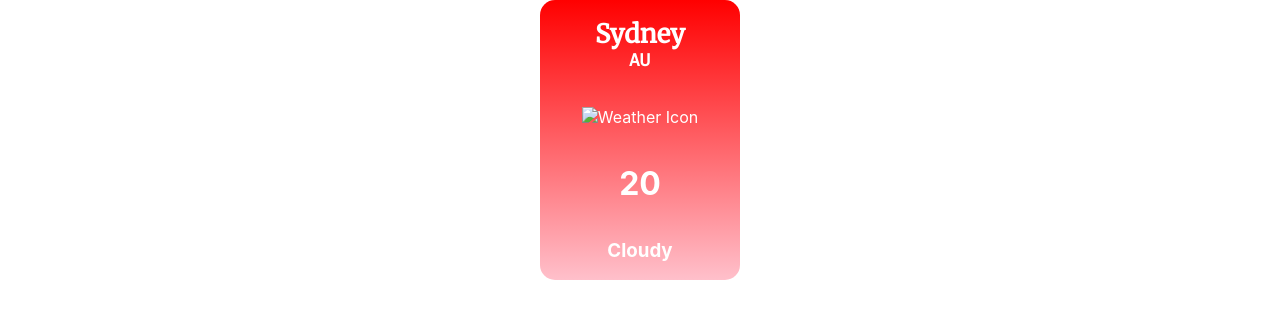
Repository: sayrilamar/chumsweatherapp
Page: /
The author's editor kept a copy of each file at every save. The page is drawn from the files as they stood at one save, then again after the next save.
The browser window is 1280 px wide. The pictures show the whole page.
The project was rebuilt for these pictures with package versions that can differ from the ones it lists, and the page was loaded fresh each time.

Above is the page before, as saved 2020-04-16 20:04:22.

### src/index.css
* {
  margin: 0;
  padding: 0;
  font-family: -apple-system, BlinkMacSystemFont, 'Segoe UI', 'Roboto', 'Oxygen',
    'Ubuntu', 'Cantarell', 'Fira Sans', 'Droid Sans', 'Helvetica Neue',
    sans-serif;
  -webkit-font-smoothing: antialiased;
  -moz-osx-font-smoothing: grayscale;
}

### src/App.js
import React from "react";
import "./App.css";
import WeatherCard from "./weathercard.js";

function App() {
  return (
    <div className="App">
      <WeatherCard/>
    </div>
  );
}

export default App;

### src/App.css
@import url('https://fonts.googleapis.com/css?family=Merriweather|Fira+Sans&display=swap');


.App {
  margin: 0 auto;
  color: white;
}

.location {
  text-align: center;
}

.card {
  margin: 0 auto;
  background: linear-gradient(to bottom, red, pink);
  width: 200px;
  height: 280px;
  display: flex;
  flex-direction: column;
  justify-content: space-around;
  align-items: center;
  border-radius: 15px;
}

.city {
  font-family: 'Merriweather', sans-serif;
  font-size: 1.6rem;
}

.country {
  font-family: 'Fira Sans', sans-serif;
  font-size: 1.1rem;
}

### src/weathercard.js
import React from "react";

const WeatherCard = props => {
    return (
        <div className="card">
            <div className="location">
                <h1 className="city">Sydney</h1>
                <h3 className="country">AU</h3>
            </div>
            <img className="icon" src="" alt="Weather Icon"/>
            <h1 className="temp">20</h1>
            <h3 className="condition">Cloudy</h3>
        </div>
    );
};

export default WeatherCard;

Loaded but not shown: public/index.html (common file); src/index.js (common file); src/serviceWorker.js (common file)

After the next save:
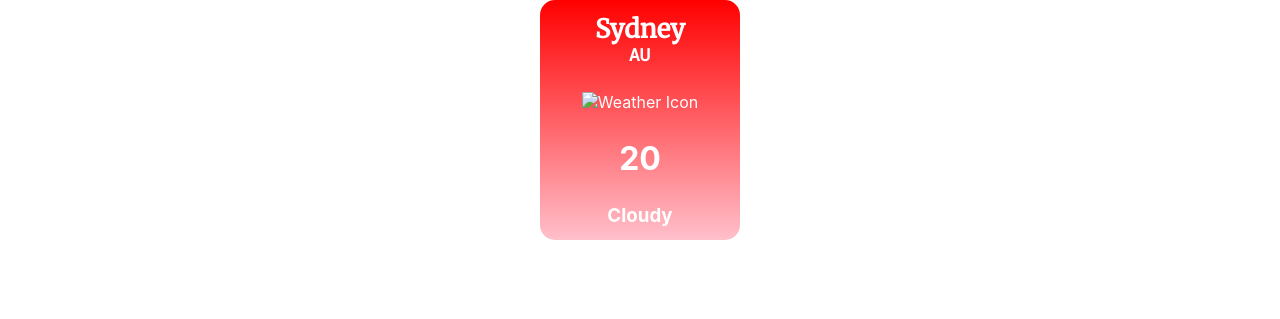
Saved 8 s later.
--- a/src/App.css
+++ b/src/App.css
@@ -14,7 +14,7 @@
   margin: 0 auto;
   background: linear-gradient(to bottom, red, pink);
   width: 200px;
-  height: 280px;
+  height: 240px;
   display: flex;
   flex-direction: column;
   justify-content: space-around;
